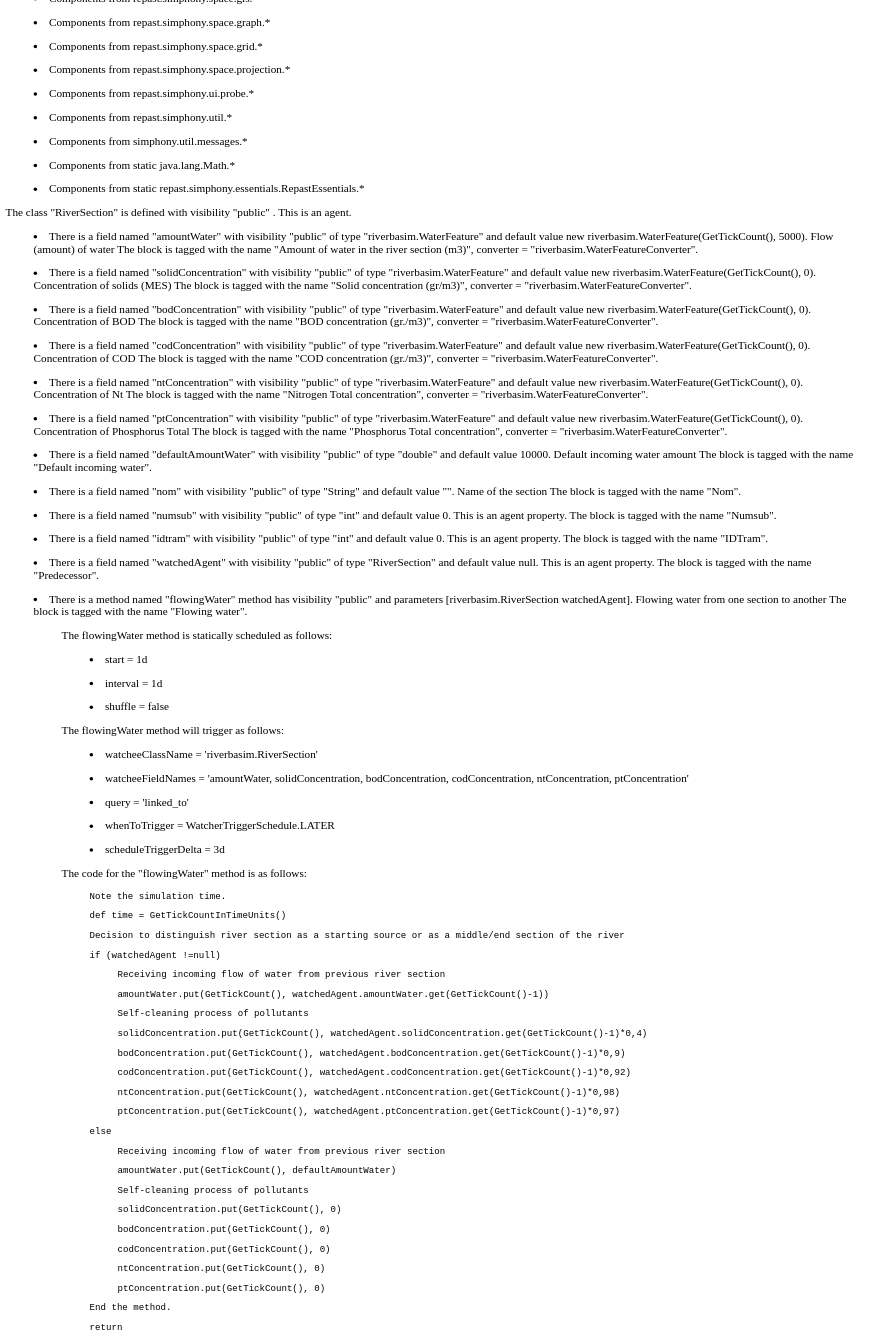
Repository: kemlg/RiverBaSim
Page: RiverBaSim/docs/.RiverSection.html
The author's editor kept a copy of each file at every save. The page is drawn from the files as they stood at one save, then again after the next save.
The browser window is 1280 px wide. The pictures show the part of the page from y = 1107 to 3027 px (the page is 3027 px tall before and 3009 px after), at 70% of full size.

Above is the page before, as saved 2013-07-20 13:14:14.

After the next save:
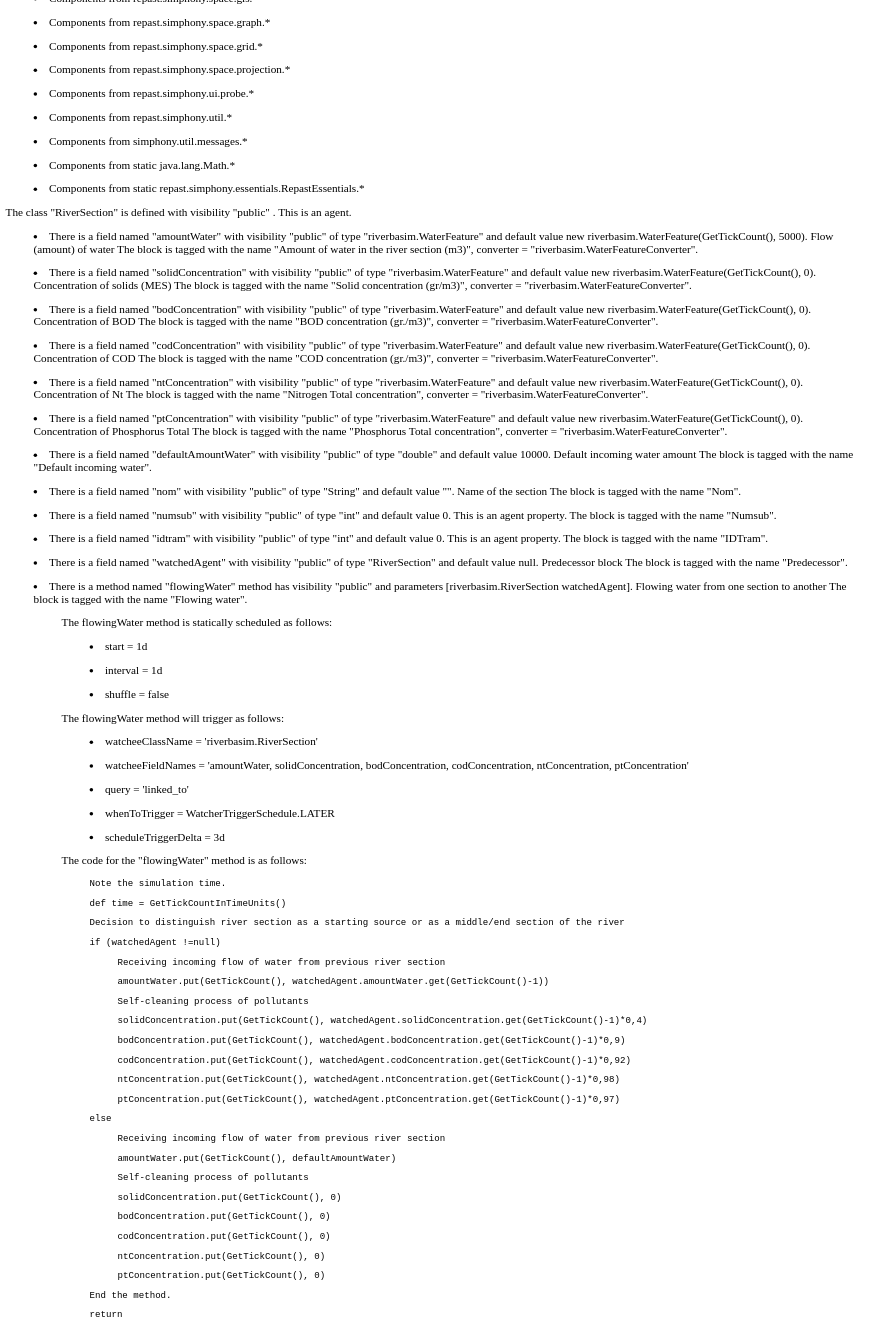
Saved 1 s later.
--- a/RiverBaSim/docs/.RiverSection.html
+++ b/RiverBaSim/docs/.RiverSection.html
@@ -62,7 +62,7 @@ The class "RiverSection" is defined with visibility "public" . This is an agent.
 </p>
     <li>There is a field named "idtram" with visibility "public" of type "int" and default value 0. This is an agent property. The block is tagged with the name "IDTram".</li></p>
 </p>
-    <li>There is a field named "watchedAgent" with visibility "public" of type "RiverSection" and default value null. This is an agent property. The block is tagged with the name "Predecessor".</li></p>
+    <li>There is a field named "watchedAgent" with visibility "public" of type "RiverSection" and default value null. Predecessor block The block is tagged with the name "Predecessor".</li></p>
 </p>
     </p>
     </p>
